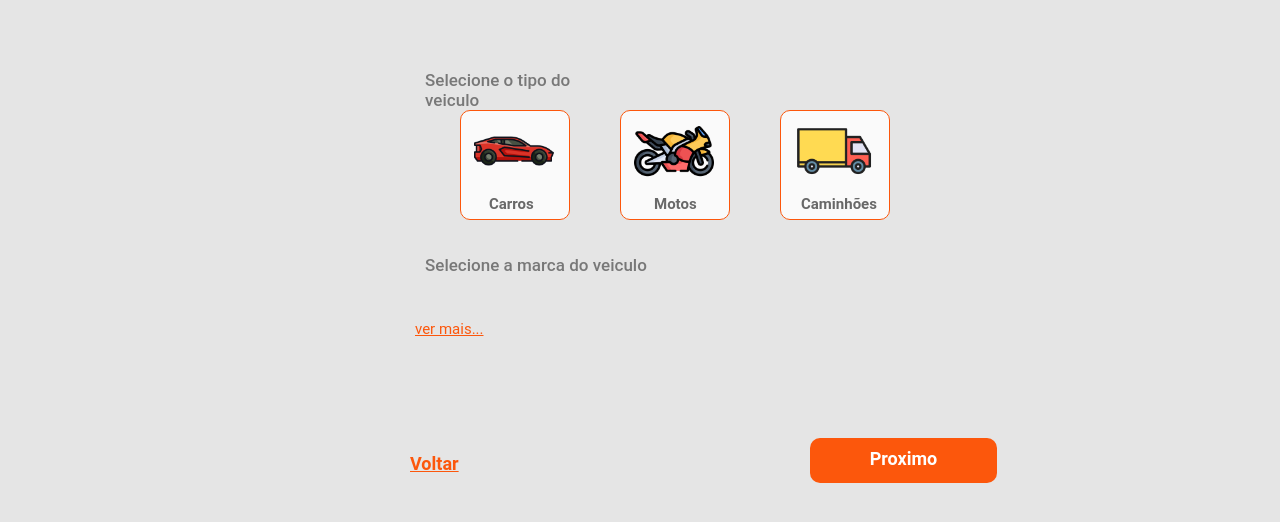
Repository: KevynMarques/Consumindo-API-CARROS
Page: /Page2
An editor plug-in stored every save of this project. The page is shown before and after the next save, followed by the edit.
The browser window is 1280 px wide. The pictures show the whole page.
The page's requests for data from a server got no answer. The project was rebuilt for these pictures with package versions that can differ from the ones it lists, and the page was loaded fresh each time. No one was signed in, and anything a server would have sent is missing. Also part of the build but not shown: src/Pages/Page1/index.jsx.

Above is the page before, as saved 2022-03-12 18:16:21.

### public/index.html
<!DOCTYPE html>
<html lang="pt-br">
  <head>
    <meta charset="utf-8" />
    <link rel="icon" href="%PUBLIC_URL%/favicon.ico" />
    <meta name="viewport" content="width=device-width, initial-scale=1" />
    <meta name="theme-color" content="#000000" />
    <meta
      name="description"
      content="Web site created using create-react-app"
    />
    <link rel="apple-touch-icon" href="%PUBLIC_URL%/logo192.png" />
    <!--
      manifest.json provides metadata used when your web app is installed on a
      user's mobile device or desktop. See https://developers.google.com/web/fundamentals/web-app-manifest/
    -->
    <!--
      Notice the use of %PUBLIC_URL% in the tags above.
      It will be replaced with the URL of the `public` folder during the build.
      Only files inside the `public` folder can be referenced from the HTML.

      Unlike "/favicon.ico" or "favicon.ico", "%PUBLIC_URL%/favicon.ico" will
      work correctly both with client-side routing and a non-root public URL.
      Learn how to configure a non-root public URL by running `npm run build`.
    -->
    <title>Locadora</title>
  </head>
  <body>
    <noscript>You need to enable JavaScript to run this app.</noscript>
    <div id="root"></div>
    <!--
      This HTML file is a template.
      If you open it directly in the browser, you will see an empty page.

      You can add webfonts, meta tags, or analytics to this file.
      The build step will place the bundled scripts into the <body> tag.

      To begin the development, run `npm start` or `yarn start`.
      To create a production bundle, use `npm run build` or `yarn build`.
    -->
  </body>
</html>

### src/App.jsx
import React from 'react';
import { GlobalStyle } from './GlobalStyle';
import Principal from './Principal';
import { useState, useEffect } from 'react';
import Page1 from './Pages/Page1';
import Page2 from './Pages/Page2';


function App() {

  const [principal, setPrincipal]=useState(<Page2 />);


 <Page2 setPrincipal={setPrincipal}/>

  return (
    <>
    <Principal principal={principal} />
    <GlobalStyle />
    </>
  );
}

export default App;

### src/GlobalStyle.jsx
import { createGlobalStyle } from 'styled-components';

 export const GlobalStyle = createGlobalStyle`
  * {
    margin: 0;
    padding: 0;
    box-sizing: border-box;
    background: #E5E5E5;
  }
`;

### src/Principal/index.jsx
import React from "react"

export default (props) => {

  return (

    <>
    {props.principal}
    </>

  );

}

### src/Pages/Page2/index.jsx
import React from "react";
import { TextSelectP2, TextButtonP2, DadosAPi  } from "../../Components/Textos/Style";
import { ButtonP2,Marcas, Organizador} from '../../Components/Containers/style'
import Car from '../../Images/carro.jpg'
import Moto from '../../Images/moto.png'
import Caminhao from '../../Images/caminhao.png'
import { TextSelectMarca } from "../../Components/Textos/Style";
import { useEffect } from "react";
import { api } from "../../Services/api";
import { useState } from "react";
import { BotaoProximo, BotaoVermais, BotaoVoltar } from "../../Components/BotoesGenericos/style";
import Page1 from "../Page1";



export default (props) => {

  const [marcas, setMarcas] = useState([])
  const [ver, setVer] = useState(false);

  const View =() => {
    setVer(!ver);
  }


  useEffect(() =>{
    api.get(`/carros/marcas`).then((response)=>{
      setMarcas(response.data)
    }).catch(()=>{
     console.log('Erro api')
    })
    }, [])

  return (
    <>
      <TextSelectP2>
        Selecione o tipo do veiculo
      </TextSelectP2>

      <ButtonP2>
      <img src={Car} />
      <TextButtonP2  style={{left:28}}>Carros</TextButtonP2>
      </ButtonP2>

      <ButtonP2 style={{left:620}}>
      <img src={Moto} />
      <TextButtonP2 style={{left:33}}>Motos</TextButtonP2>
      </ButtonP2>

      <ButtonP2 style={{left:780}}>
      <img src={Caminhao} />
      <TextButtonP2>Caminhões</TextButtonP2>
      </ButtonP2>

      <TextSelectMarca>Selecione a marca do veiculo</TextSelectMarca>

      <Organizador>
        { ver ? marcas.map((marca, key)=>{
          return  (

              <Marcas key={key}>
              <DadosAPi>
              {marca.nome}
              </DadosAPi>
               </Marcas>

          )
        }) : marcas.map((marca, key)=> {

          return  (

            <Marcas key={key}>
            <DadosAPi>
            {marca.nome}
            </DadosAPi>
             </Marcas>

        )}).splice(0,5)}

         </Organizador>

         <BotaoVermais onClick={View}>
         {ver ? 'ver menos...' : 'ver mais...'}
         </BotaoVermais>

         <BotaoProximo >
           <p>
             Proximo
           </p>
         </BotaoProximo>

         <BotaoVoltar onClick={() => {
           props.setPrincipal(<Page1 />)
         }} >
           Voltar
         </BotaoVoltar>
     </>

  );
}

### src/Components/Containers/style.jsx
import styled from "styled-components"

export const BotaoPage1 = styled.div `
position: absolute;
width: 366px;
height: 315px;
left: 450px;
top: 225px;
background: #FAFAFA;
border: 1px solid #FC570C;
box-sizing: border-box;
border-radius: 10px;
cursor: pointer;

img {
    width: 250px;
    height: 250px;
    background: #FAFAFA;
    margin-left: 60px;
    margin-top: 20px;
    }
`;




/* ----------------------- ELEMNTOS DA PAGINA 2 -------------------*/

export const ButtonP2 = styled.div `
position: absolute;
width: 110px;
height: 110px;
left: 460px;
top: 110px;
background: #FAFAFA;
border: 1px solid #FC570C;
box-sizing: border-box;
border-radius: 10px;

img {
  width: 80px;
  height: 80px;
  background-color: #FAFAFA;
 margin-left: 13px;
}
`;


export const Marcas = styled.div`
height: 30px;
background-color:white;
border-radius: 10px;
margin:10px;
border: solid 1px #FC570C;
width: 180px;
`;


export const Organizador = styled.div `
   margin-top: 300px;
   flex-direction: row;
   flex-wrap: wrap;
   display: flex;
   width: 600px;
   margin-left: 400px;
`;

### src/Components/Textos/Style.jsx
import styled from 'styled-components'



export const  Ola = styled.h1 `
position: absolute;
width: 53px;
height: 41px;
left: 460px;
top: 57px;
font-family: 'Roboto', sans-serif;
font-style: normal;
font-weight: bold;
font-size: 35px;
line-height: 41px;
color: #686868;
`;

export const BemVindo = styled.h2 `
font-family: 'Roboto', sans-serif;
position: absolute;
width: 342px;
height: 29px;
left: 460px;
top: 98px;
font-style: normal;
font-weight: 600;
font-size: 25px;
line-height: 29px;
color: #686868;
`;

export const DescPage1 = styled.p `
position: absolute;
width: 361px;
height: 47px;
left: 460px;
top: 150px;
font-style: normal;
font-weight: normal;
font-size: 16px;
line-height: 19px;
color: #686868;

`;

export const TextVeiculo = styled.p `
position: absolute;
left: 535px;
top: 471px;
font-style: normal;
font-weight: bold;
font-size: 50px;
line-height: 47px;
color: #686868;
font-family: 'Roboto', sans-serif;
background: #FAFAFA;
`;


/* ELEMENTOS DA PAGINA 2 */

export const TextSelectP2  = styled.p `
position: absolute;
width: 203px;
height: 20px;
left: 425px;
top: 70px;
font-family: 'Roboto';
font-style: normal;
font-weight: 500;
font-size: 17px;
line-height: 20px;
color: #787878;

`;

export const TextButtonP2 = styled.p `
position: absolute;
width: 45px;
height: 18px;
left: 20px;
font-family: 'Roboto';
font-style: normal;
font-weight: 700;
font-size: 15px;
line-height: 18px;
color: #686868;
background: #FAFAFA;
`;

export const TextSelectMarca = styled.p `

position: absolute;
width: 222px;
height: 20px;
left: 425px;
top: 255px;
font-family: 'Roboto';
font-style: normal;
font-weight: 500;
font-size: 17px;
line-height: 20px;
color: #787878;

`;

export const DadosAPi = styled.p `
font-weight: bold;
font-size: 16px;
color:#FC570C;
text-align: center;
padding-top: 6px;
padding-left: 5px;
padding-right: 5px;
background-color: white;
border-radius: 20px;
`;

### src/Services/api.jsx
import axios from "axios";

 export const api = axios.create({
  baseURL:'https://parallelum.com.br/fipe/api/v1'
})

### src/Components/BotoesGenericos/style.jsx
import styled from "styled-components"


export const BotaoVermais = styled.div `
width: 75px;
height: 18px;
margin-left: 415px;
font-family: 'Roboto';
font-style: normal;
font-weight: 400;
font-size: 15px;
line-height: 18px;
text-decoration-line: underline;
color: #FC570C;
cursor: pointer;
margin-top: 20px;
`;


export const BotaoProximo = styled.div `
width: 187px;
height: 45px;
background: #FC570C;
border-radius: 10px;
text-align: center;
display: flex;
justify-content: center;
margin-left:810px;
margin-top: 100px;

 p {
font-family: 'Roboto';
font-style: normal;
font-weight: 700;
font-size: 18px;
color: #FFFFFF;
background-color: #FC570C;
margin-top: 10px;
margin-bottom: 25px;
 }
`;


export const BotaoVoltar = styled.div `
width: 49px;
height: 21px;
font-family: 'Roboto';
font-style: normal;
font-weight: 700;
font-size: 18px;
line-height: 21px;
text-decoration-line: underline;
color: #FC570C;
margin-left: 410px;
margin-top: -30px;
margin-bottom: 25px;
cursor: pointer;
`;

Loaded but not shown: src/index.js (common file)

After the next save:
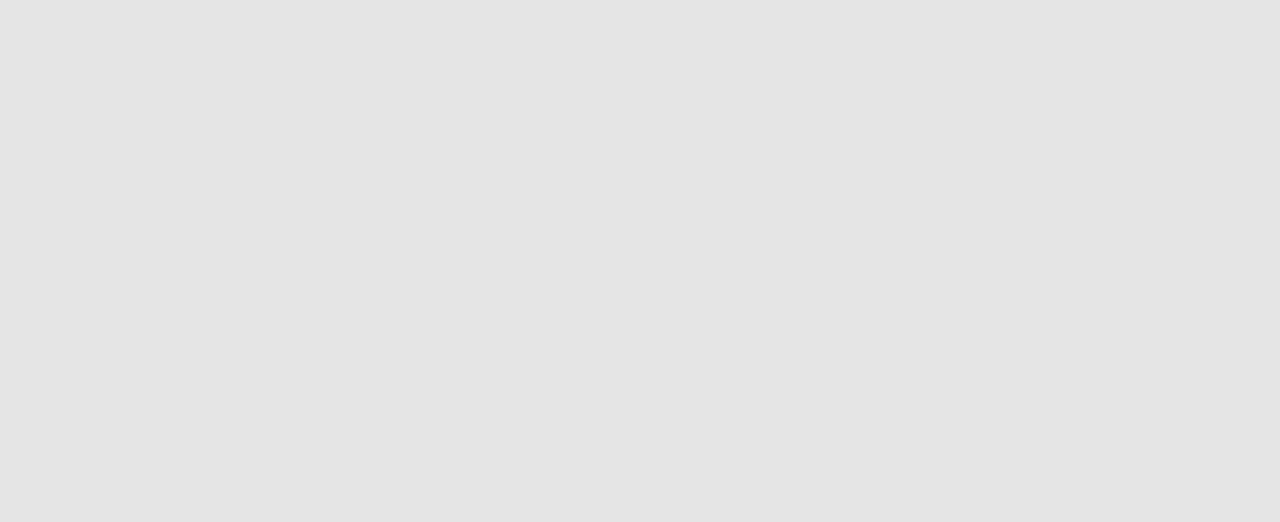
Saved 2 min 20 s later.
--- a/src/App.jsx
+++ b/src/App.jsx
@@ -15,7 +15,7 @@
 
   return (
     <>
-    <Principal principal={principal} />
+
     <GlobalStyle />
     </>
   );

After the save that followed:
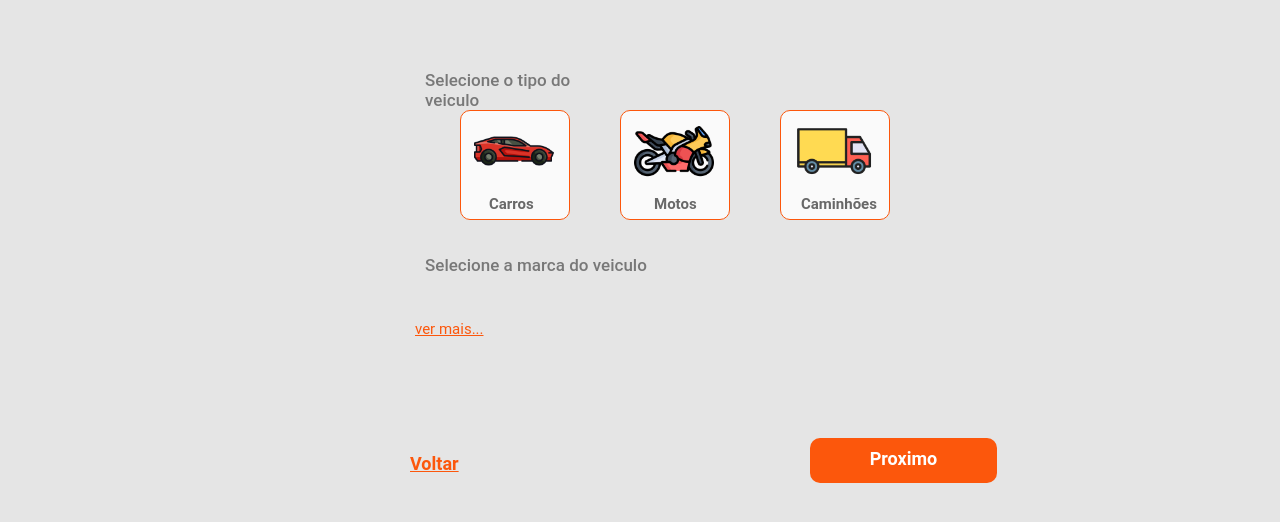
Saved 4 s later.
--- a/src/App.jsx
+++ b/src/App.jsx
@@ -15,7 +15,7 @@
 
   return (
     <>
-
+    <Page2 setPrincipal={setPrincipal}/>
     <GlobalStyle />
     </>
   );
